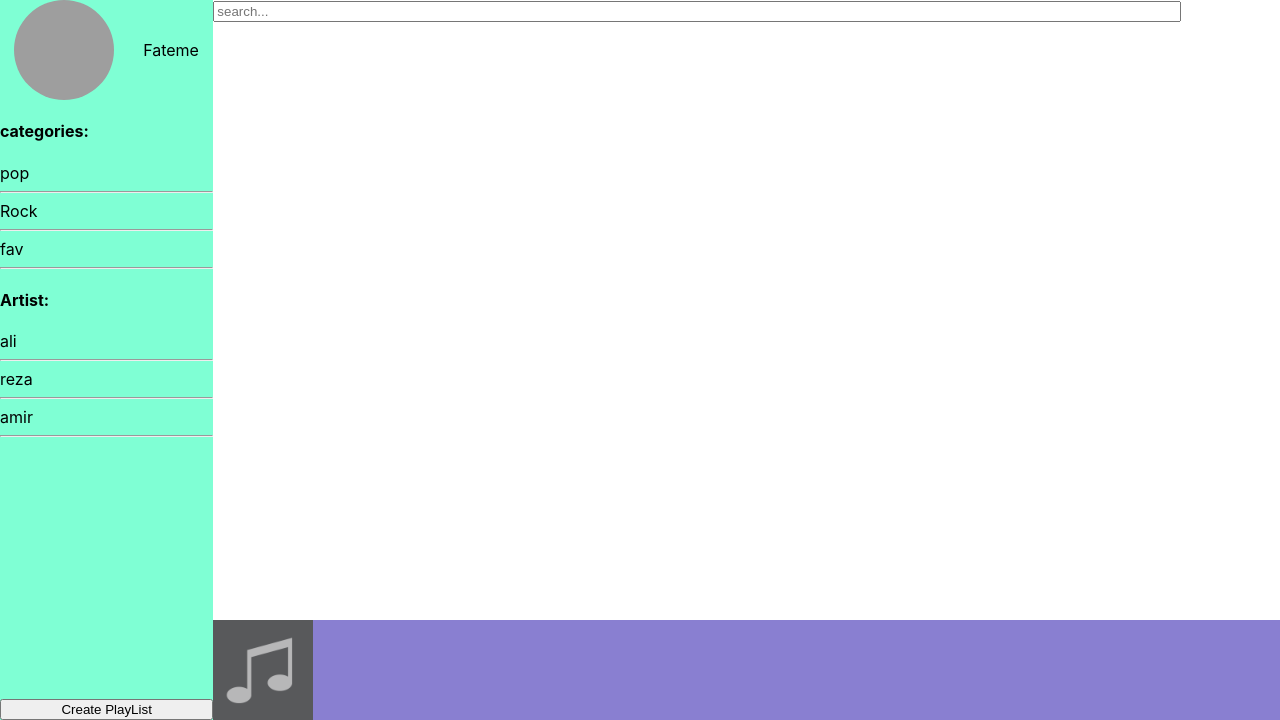
Repository: fateme81yosefi/musicPlayer
Page: /
The author's editor kept a copy of each file at every save. The page is drawn from the files as they stood at one save, then again after the next save.
The browser window is 1280 px wide. The pictures show the whole page.
Pictures or frames that could not be fetched are drawn as grey boxes. The project was rebuilt for these pictures with package versions that can differ from the ones it lists, and the page was loaded fresh each time. Also part of the build but not shown: src/Data/FileUploader/FileUploader.js.

Above is the page before, as saved 2024-06-12 09:49:07.

### src/App.js
import React from 'react';
import FileUploader from './Data/FileUploader/FileUploader';
import MainPage from './Components/MainPage/MainPage';


const App = () => {



  return (
    <div>
      <MainPage />
    </div>
  );
}

export default App;

### src/Components/MainPage/MainPage.js
import "./MainPage.css"
const MainPage = () => {


    return (
        <div className="container">
            <div className="leftMenue">
                <div className="top">
                    <div className="imageProfile">
                        <img src="https://encrypted-tbn0.gstatic.com/images?q=tbn:ANd9GcRXJA32WU4rBpx7maglqeEtt3ot1tPIRWptxA&s" />
                        <div className="name">Fateme</div>

                    </div>
                    <div className="categories">
                        <h4>categories:</h4>
                        <span>pop</span>
                        <hr />
                        <span>Rock</span>
                        <hr />
                        <span>fav</span>
                        <hr />
                    </div>
                    <div className="artist">
                        <h4>Artist:</h4>
                        <span>ali</span>
                        <hr />
                        <span>reza</span>
                        <hr />
                        <span>amir</span>
                        <hr />
                    </div>
                </div>
                <button>Create PlayList</button>
            </div>
            <div className="rightPage">
                <input placeholder="search..." />


                <div className="currentlyPlay">

                    <img src="/song_cover.png" alt="کاور آهنگ" />
                    <div className="containName">
                        <span></span>
                        <audio id="player" src="/Armin Zarei - Daram Havato (320).mp3" controls ></audio>

                    </div>
                </div>
                <div>
                </div>
            </div>
        </div>
    )
}
export default MainPage;

### src/Components/MainPage/MainPage.css
.container{
    display: flex;
    flex-direction: row;
}
.leftMenue{
    background-color: aquamarine;
    width: 20%;
    height: 100vh;
    display: flex;
    flex-direction: column;
    justify-content: space-between;
}
.imageProfile{
    display: flex;
    flex-direction: row;
    align-items: center;
    justify-content: space-around;
}
.imageProfile img{
    border-radius: 100%;
    width: 100px;
    height: 100px;
}
.rightPage{
    width: 100%;
    height: 100vh;
    position: relative;
}
.rightPage input{
    width: 90%;
}
.currentlyPlay{
    display: flex;
    flex-direction: row;
    align-items: center;
    background-color: rgb(137, 127, 209);
    height: 100px;
    bottom: 0;
    position: absolute;
    width: 100%;
}
.currentlyPlay img{
    width: 100px;
    height: 100px;
}

audio{
    width: 100%;
    display: flex;
    flex-direction: column;
    border: none;

}

audio::-webkit-media-controls-panel{
    background-color: rgb(137, 127, 209);
    border: none;
}

Loaded but not shown: public/index.html (common file); src/index.js (common file); src/index.css (common file); src/reportWebVitals.js (common file)

After the next save:
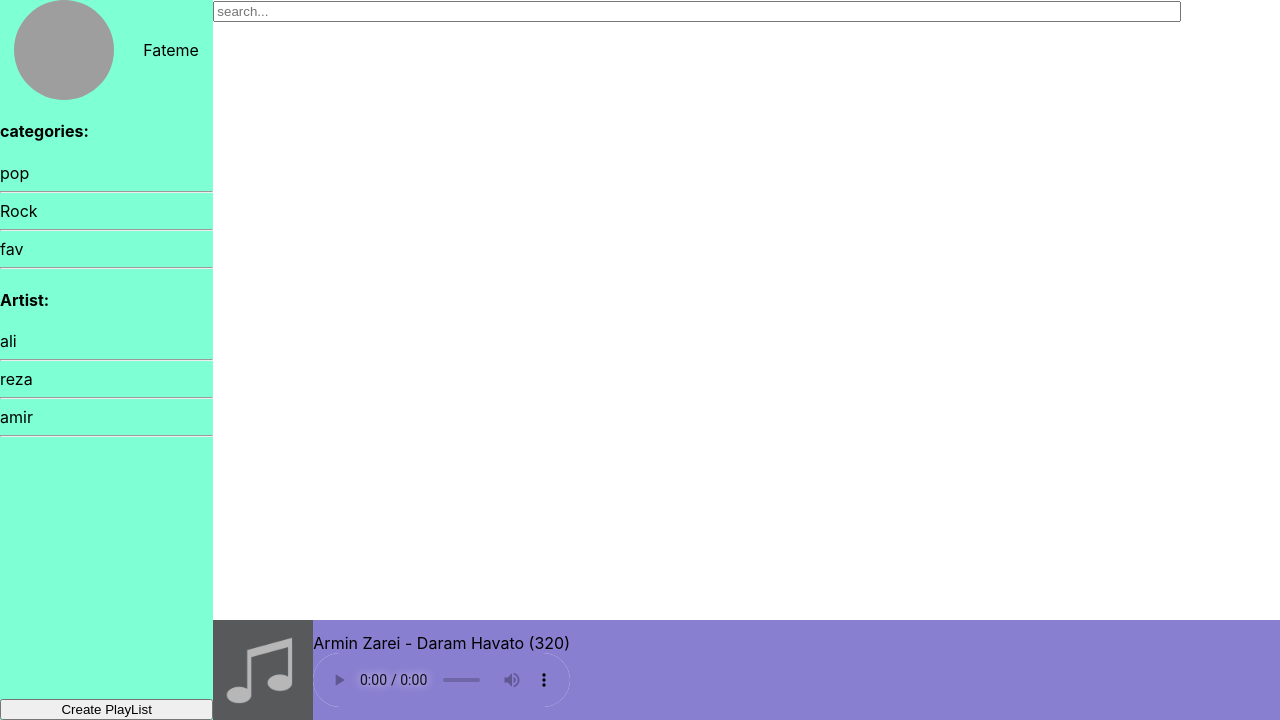
Saved 7 s later.
--- a/src/Components/MainPage/MainPage.js
+++ b/src/Components/MainPage/MainPage.js
@@ -40,7 +40,7 @@ const MainPage = () => {
 
                     <img src="/song_cover.png" alt="کاور آهنگ" />
                     <div className="containName">
-                        <span></span>
+                        <span>Armin Zarei - Daram Havato (320)</span>
                         <audio id="player" src="/Armin Zarei - Daram Havato (320).mp3" controls ></audio>
 
                     </div>
